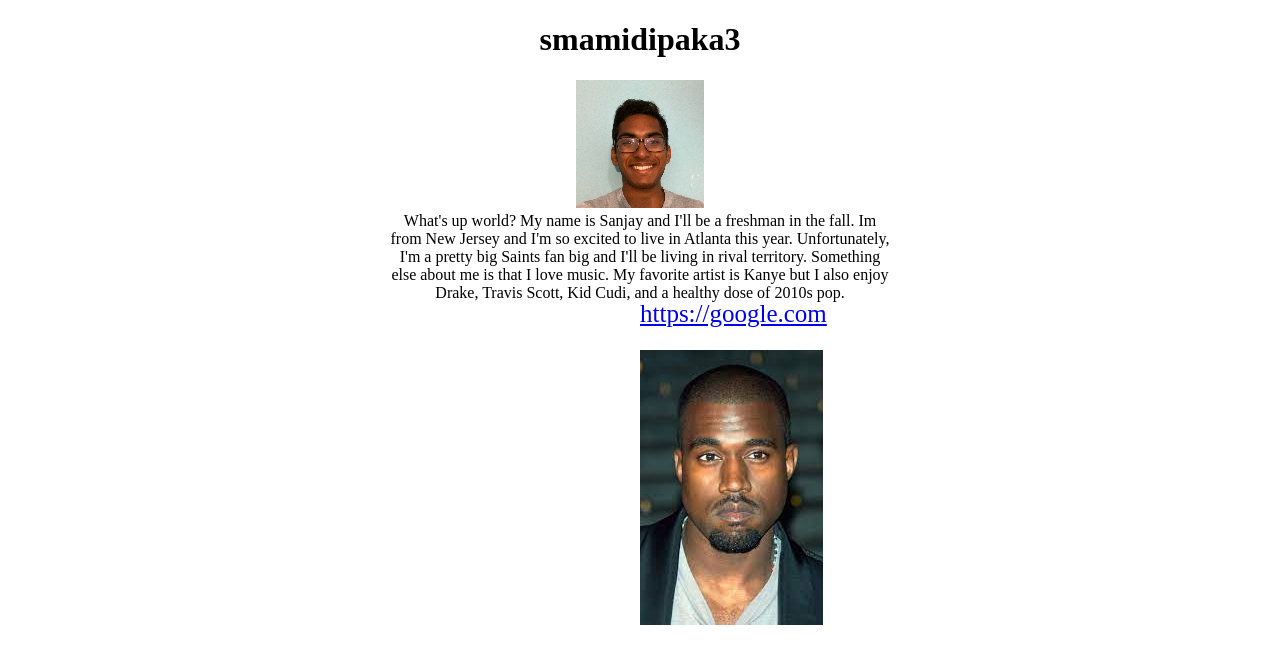
Repository: sanjayMamidipaka/cs1301
Page: lab01/index.html
The author's editor kept a copy of each file at every save. The page is drawn from the files as they stood at one save, then again after the next save.
The browser window is 1280 px wide. The pictures show the whole page.

Above is the page before, as saved 2021-07-22 16:19:50.

After the next save:
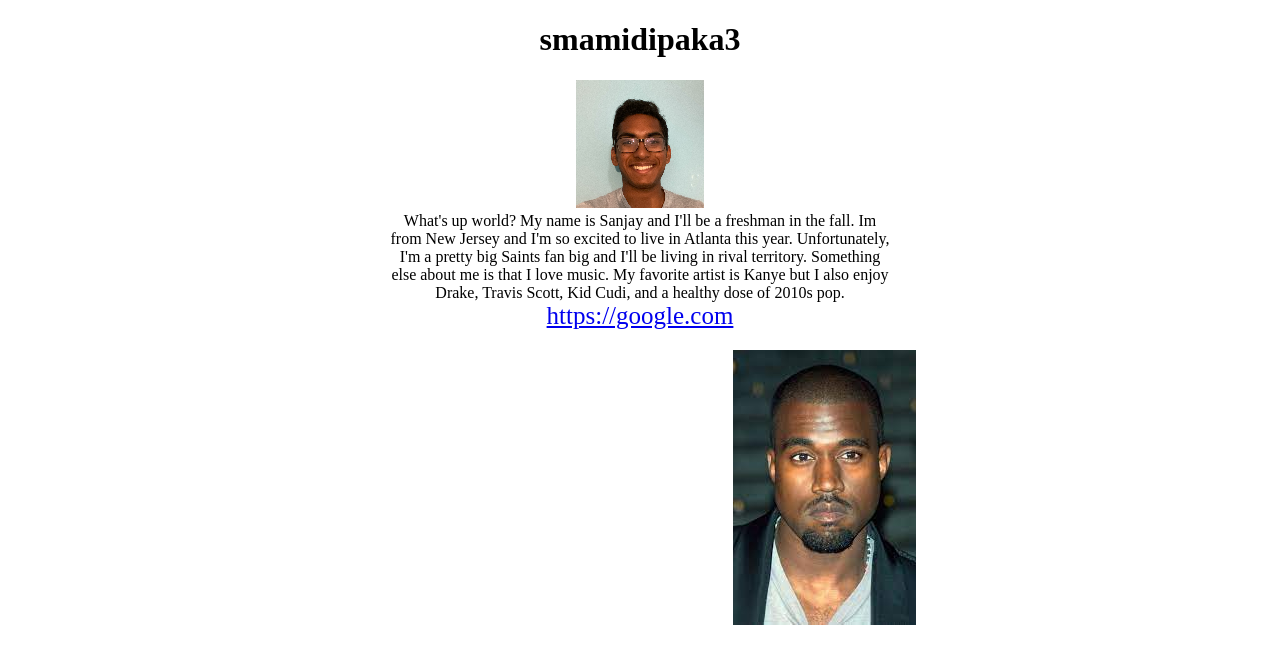
Saved 41 s later.
--- a/lab01/style.css
+++ b/lab01/style.css
@@ -10,9 +10,6 @@
 
 .link {
     font-size: 25px;
-    text-align: center;
-    position: absolute;
-    top: 300px;
 }
 
 .kanye {
